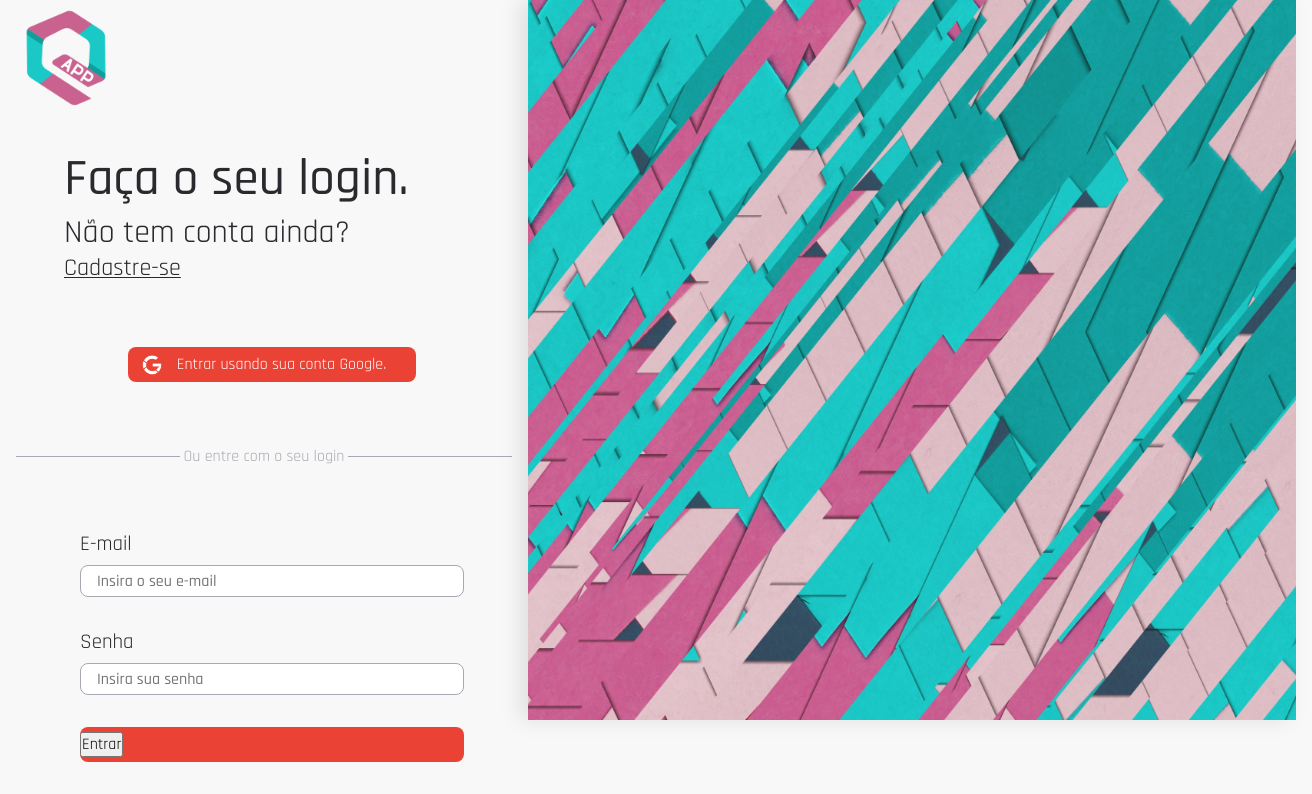
Repository: kika-cavalher/qapp-web
Page: /
These files come from the project's save history. The page is drawn as it stood at one moment and after the next save; the edit follows.
The browser window is 1280 px wide. The page is 1312 px wide, so the pictures cover 1312 px, including what lies to the right of the window. The pictures show the whole page.
The page's requests for data from a server got no answer. The project was rebuilt for these pictures with package versions that can differ from the ones it lists, and the page was loaded fresh each time. No one was signed in, and anything a server would have sent is missing.

Above is the page before, as saved 2022-02-23 20:35:21.

After the next save:
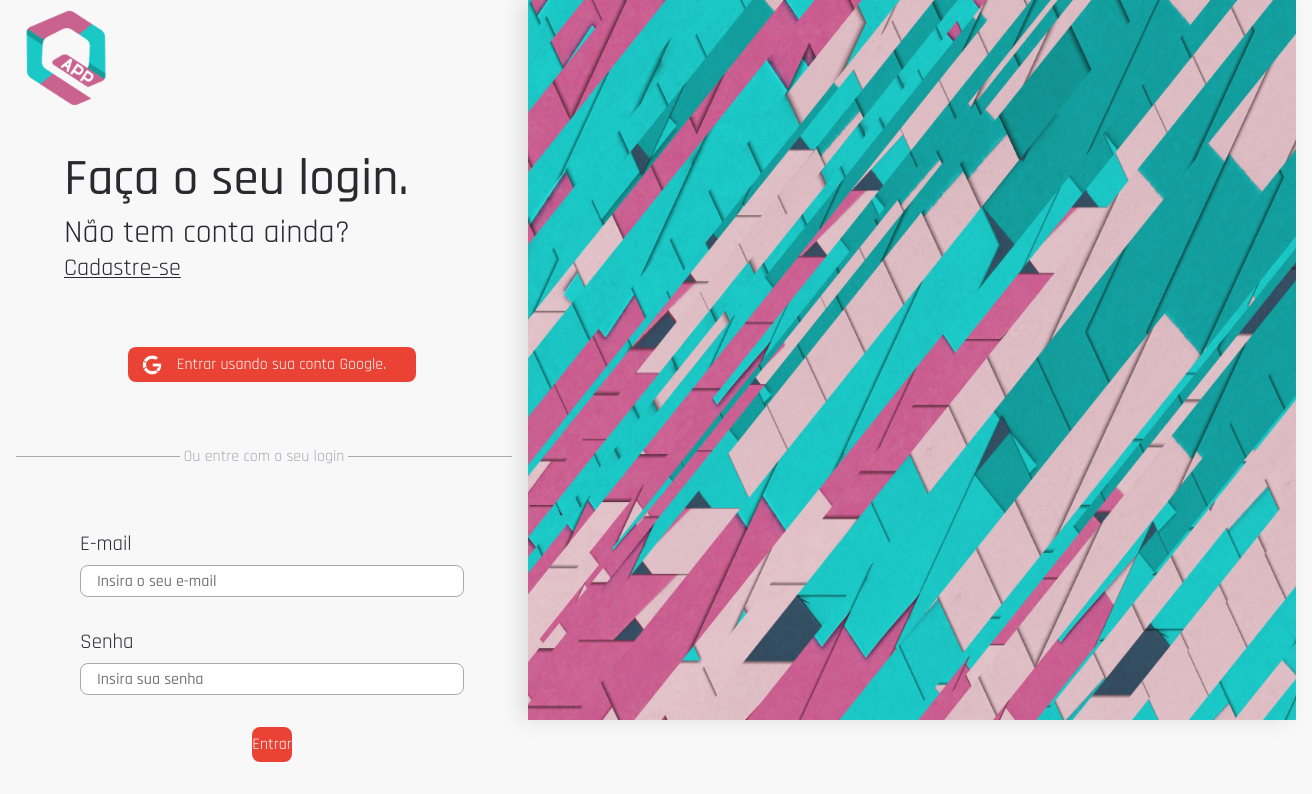
Saved 29 s later.
--- a/src/styles/pages/login.scss
+++ b/src/styles/pages/login.scss
@@ -172,6 +172,8 @@ main{
 }
 
 .btn__send {
+
+    button {
     display: flex;
     flex-direction: row;
     width: 100%;
@@ -183,6 +185,7 @@ main{
     cursor: pointer;
     border: 0;
     transition: filter 0.2s;
+    }
 }
 
 
